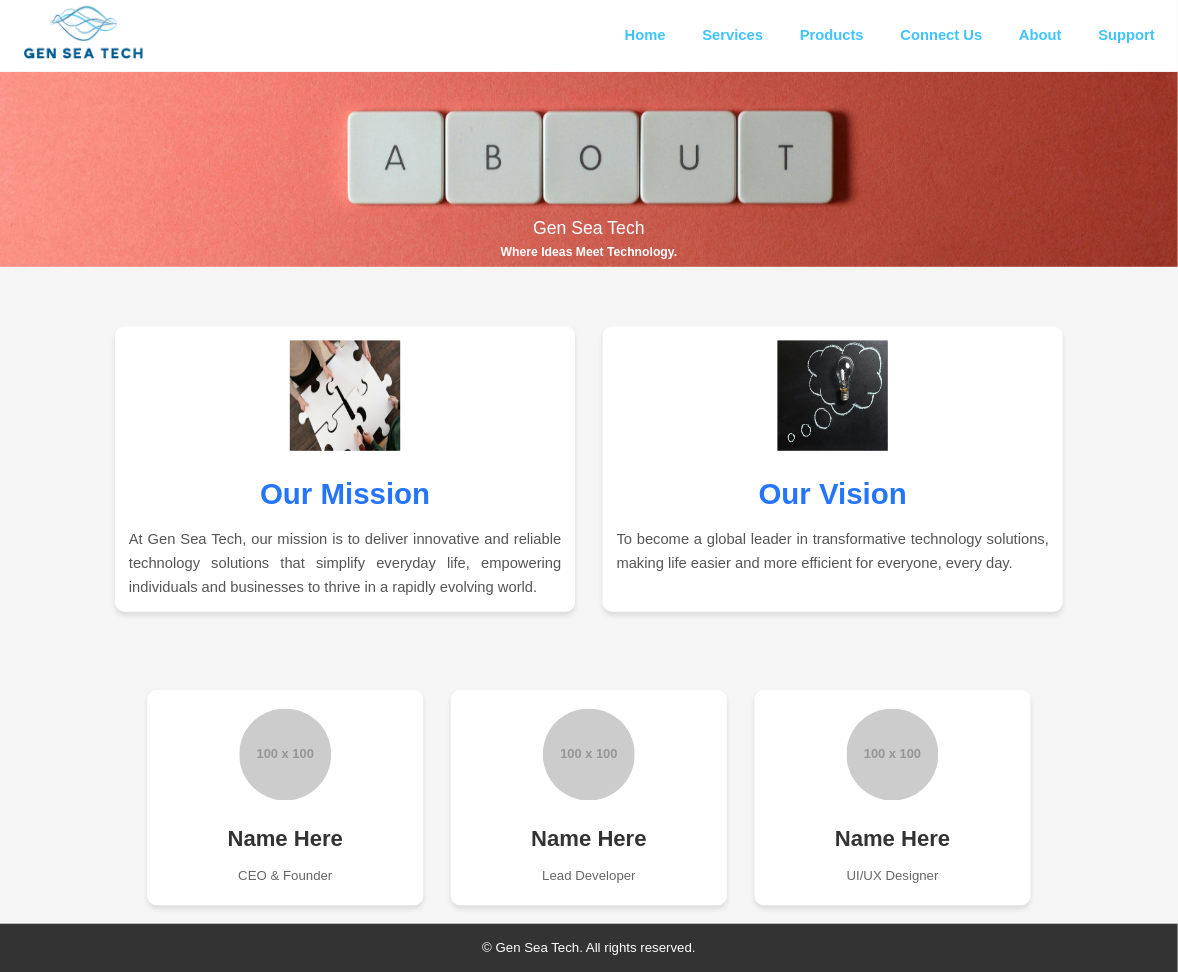
Repository: aniketkhatawkar/Gen_Sea_Tech
Page: http://localhost/GenSeaTech/about.jsp
The author's editor kept a copy of each file at every save. The page is drawn from the files as they stood at one save, then again after the next save.
The browser window is 1280 px wide. The pictures show the whole page, at 92% of full size.
The page is served by Tomcat 10. Other server files are loaded and not shown.

Above is the page before, as saved 2024-12-14 12:29:29.

### GenSeaTech/src/main/webapp/about.jsp
<!DOCTYPE html>
<html lang="en">
<head>
<meta charset="UTF-8">
<meta name="viewport" content="width=device-width, initial-scale=1.0">
<title>About</title>
<link rel="icon" href="assets/logo.png" type="image/png" >
<style>
    * {
        margin: 0;
        padding: 0;
        box-sizing: border-box;
        font-family: 'Arial', sans-serif;
    }

    body {
        background-color: #f5f5f5;
        color: #333;
        overflow-x: hidden;
    }

    header {
	    background:  url("assets/about.jpg") no-repeat center center;
	    background-size: cover;
	    object-fit: cover;
		color: #ffffff;
	    padding: 5px 5px;
	    text-align: center;
	}

    header h1 {
        font-size: 3rem;
        margin-bottom: 5px;
    }

    header p {
        font-size: 1.2rem;
        margin-top:150px;
    }

    .mission-vision-section {
        display: flex;
        flex-wrap: wrap;
        justify-content: center;
        gap: 30px;
        margin: 15px;
        padding: 50px;
    }

    .mission-vision-card {
        background: white;
        border-radius: 10px;
        box-shadow: 0 4px 6px rgba(0, 0, 0, 0.1);
        padding: 15px;
        text-align: center;
        width: 500px;
        transition: transform 0.3s ease, box-shadow 0.3s ease;
    }

    .mission-vision-card img {
        width: 120px;
        height: 120px;
        margin-bottom: 15px;
    }

    .mission-vision-card h2 {
        font-size: 2rem;
        color: #2575fc;
        margin-bottom: 10px;
    }

    .mission-vision-card p {
        font-size: 1rem;
        line-height: 1.6;
        color: #555;
        padding: 10px, 10px;
        text-align: justify;
    }

    .about-section {
        display: flex;
        flex-wrap: wrap;
        justify-content: center;
        padding: 20px 10px;
        gap: 30px;
    }

    .about-card {
        background: white;
        border-radius: 10px;
        box-shadow: 0 4px 6px rgba(0, 0, 0, 0.1);
        padding: 20px;
        text-align: center;
        width: 300px;
        transition: transform 0.3s ease, box-shadow 0.3s ease;
    }

    .about-card:hover {
        transform: translateY(-10px);
        box-shadow: 0 8px 12px rgba(0, 0, 0, 0.2);
    }

    .about-card img {
        width: 100px;
        height: 100px;
        border-radius: 50%;
        margin-bottom: 15px;
    }

    .about-card h3 {
        margin-bottom: 10px;
        font-size: 1.5rem;
    }

    .about-card p {
        font-size: 0.9rem;
        color: #666;
    }

    @media (max-width: 768px) {
        header h1 {
            font-size: 2.5rem;
        }

        .mission-vision-card {
            width: 100%;
            max-width: 400px;
        }

        .about-card {
            width: 100%;
            max-width: 300px;
        }
    }
</style>
</head>
<body>
	<!-- NavBar -->
	<%@ include file="navbar.jsp" %>

    <header>
        <p>Gen Sea Tech</p>
        <h5>Where Ideas Meet Technology.</h5>
    </header>

    <section class="mission-vision-section">
        <div class="mission-vision-card">
            <img src="assets/mission.jpg" alt="Mission Icon">
            <h2>Our Mission</h2>
            <p>At Gen Sea Tech, our mission is to deliver innovative and reliable technology solutions that simplify everyday life, empowering individuals and businesses to thrive in a rapidly evolving world.</p>
        </div>

        <div class="mission-vision-card">
            <img src="assets/vision.jpg" alt="Vision Icon">
            <h2>Our Vision</h2>
            <p>To become a global leader in transformative technology solutions, making life easier and more efficient for everyone, every day.</p>
        </div>
    </section>

    <section class="about-section" id="team">
        <div class="about-card">
            <img src="https://via.placeholder.com/100" alt="Team Member">
            <h3>Name Here</h3>
            <p>CEO & Founder</p>
        </div>

        <div class="about-card">
            <img src="https://via.placeholder.com/100" alt="Team Member">
            <h3>Name Here</h3>
            <p>Lead Developer</p>
        </div>

        <div class="about-card">
            <img src="https://via.placeholder.com/100" alt="Team Member">
            <h3>Name Here</h3>
            <p>UI/UX Designer</p>
        </div>
    </section>

	<!-- Footer -->
    <%@ include file="footer.jsp" %>
</body>
</html>

### GenSeaTech/src/main/webapp/navbar.jsp
<%@ page language="java" contentType="text/html; charset=UTF-8"
    pageEncoding="UTF-8"%>
<!DOCTYPE html>
<html>
<head>
<meta charset="UTF-8">
<title>Gen Sea Tech</title>
<link rel="icon" href="assets/logo.png" type="image/png" >
<style>
* {
	margin: 0;
	padding: 0;
	box-sizing: border-box;
	font-family: Arial, sans-serif;
}

body {
	line-height: 1.6;
}
.navbar {
	background-color: #ffffff;
	color: #fff;
	padding: 5px 5px;
	display: flex;
	justify-content: space-between;
	align-items: center;
	position: relative;
}

.navbar a {
	color: #40c4ff;
	text-decoration: none;
	margin: 0 20px;
	font-weight: bold;
}

.navbar a:hover {
	color: #757575;
}

.links {
	display: flex;
}
@media (max-width: 768px) {
	.links {
		display: none;
		flex-direction: column;
		background-color: #333;
		position: absolute;
		top: 50px;
		right: 10px;
		width: 200px;
		border-radius: 5px;
		box-shadow: 0px 4px 6px rgba(0, 0, 0, 0.1);
	}

	.links a {
		margin: 10px 0;
		text-align: center;
	}

	.hamburger {
		display: flex;
	}

	.links.active {
		display: flex;
	}
}
</style>
</head>
<body>
	<div class="navbar">
		<div class="logo">
        <a href="home.jsp"><img src="assets/namelogo.png" alt="Gen Sea Tech Logo" style="height: 60px; margin-right: 10px;"></a>
    	</div>
		<div class="links">
			<a href="home.jsp">Home</a>
			<a href="services.jsp">Services</a>
			<a href="products.jsp">Products</a>
			<a href="connectus.jsp">Connect Us</a>
			<a href="about.jsp">About</a>
			<a href="#support.jsp">Support</a>
		</div>
	</div>
</body>
</html>

### GenSeaTech/src/main/webapp/footer.jsp
<%@ page language="java" contentType="text/html; charset=UTF-8"
    pageEncoding="UTF-8"%>
<!DOCTYPE html>
<html>

<head>

<style>
	footer {
        background-color: #333;
        color: white;
        text-align: center;
        padding: 15px;
        margin-top: 0px;
    }

    footer p {
        font-size: 0.9rem;
    }
</style>

	<meta charset="UTF-8">
	<title>Footer</title>
</head>

<body>
	<footer>
        <p>&copy; Gen Sea Tech. All rights reserved.</p>
    </footer>
</body>

</html>

After the next save:
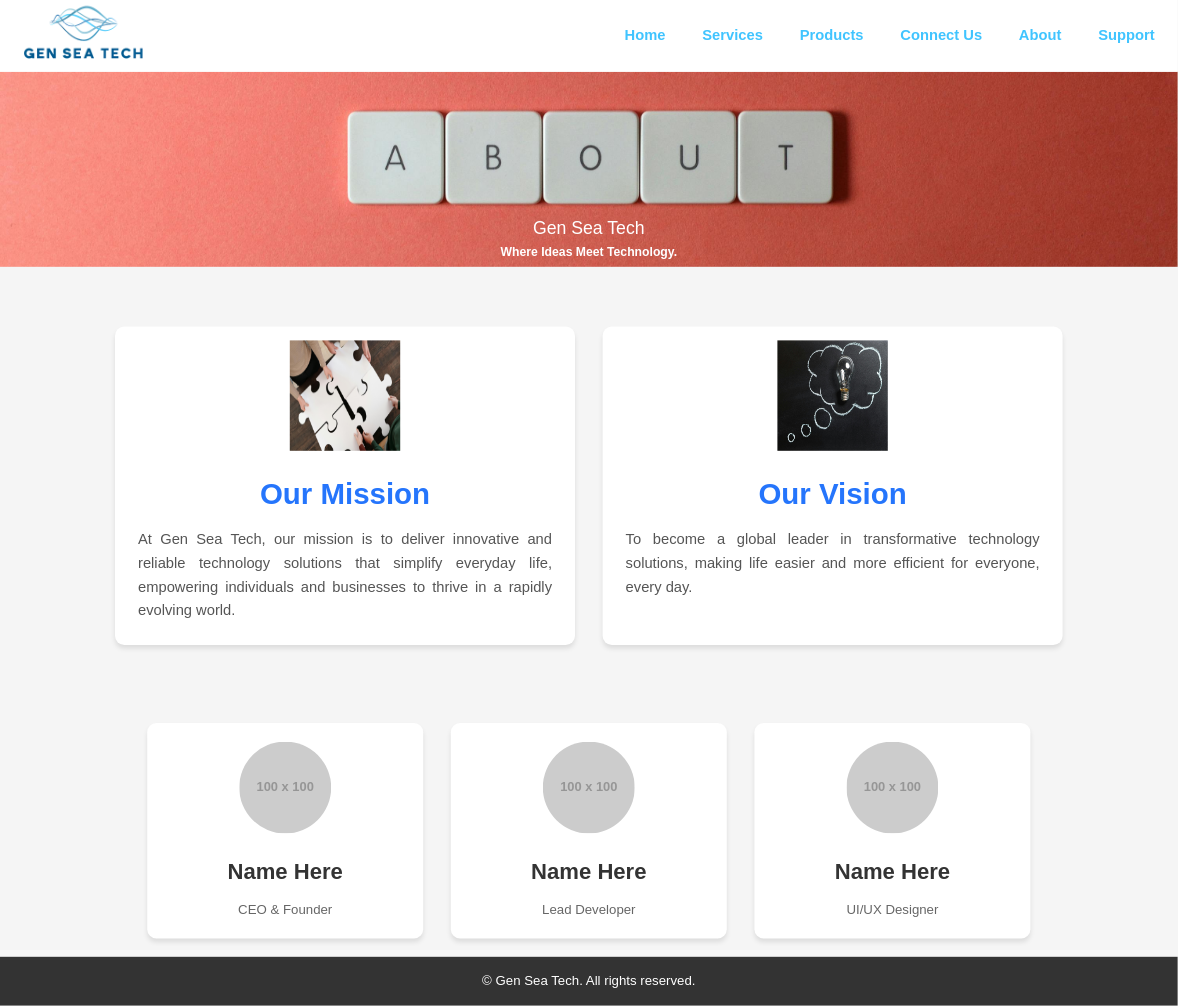
Saved 15 s later.
--- a/GenSeaTech/src/main/webapp/about.jsp
+++ b/GenSeaTech/src/main/webapp/about.jsp
@@ -73,7 +73,7 @@
         font-size: 1rem;
         line-height: 1.6;
         color: #555;
-        padding: 10px, 10px;
+        margin : 10px;
         text-align: justify;
     }
 
